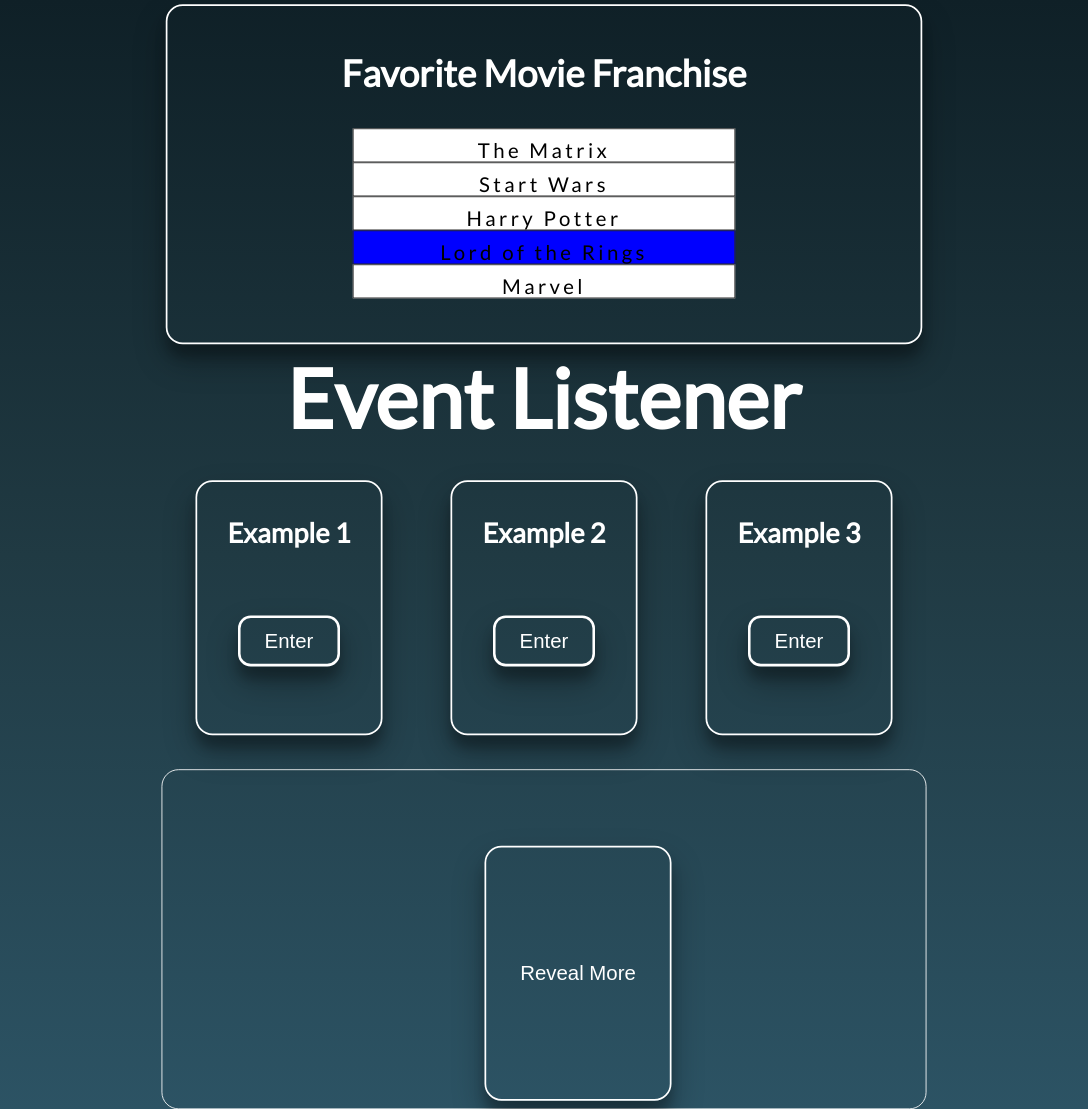
Repository: Ellisvelandia/DOM-Manipulation
Page: index.html
The author's editor kept a copy of each file at every save. The page is drawn from the files as they stood at one save, then again after a run of saves.
The browser window is 1280 px wide. The page is 1280 px wide, then 1284 px, then 1280 px, so the pictures cover 1284 px, including what lies to the right of the window. The pictures show the whole page, at 85% of full size.

Above is the page before, as saved 2022-08-22 18:55:52.

After the next 3 saves:
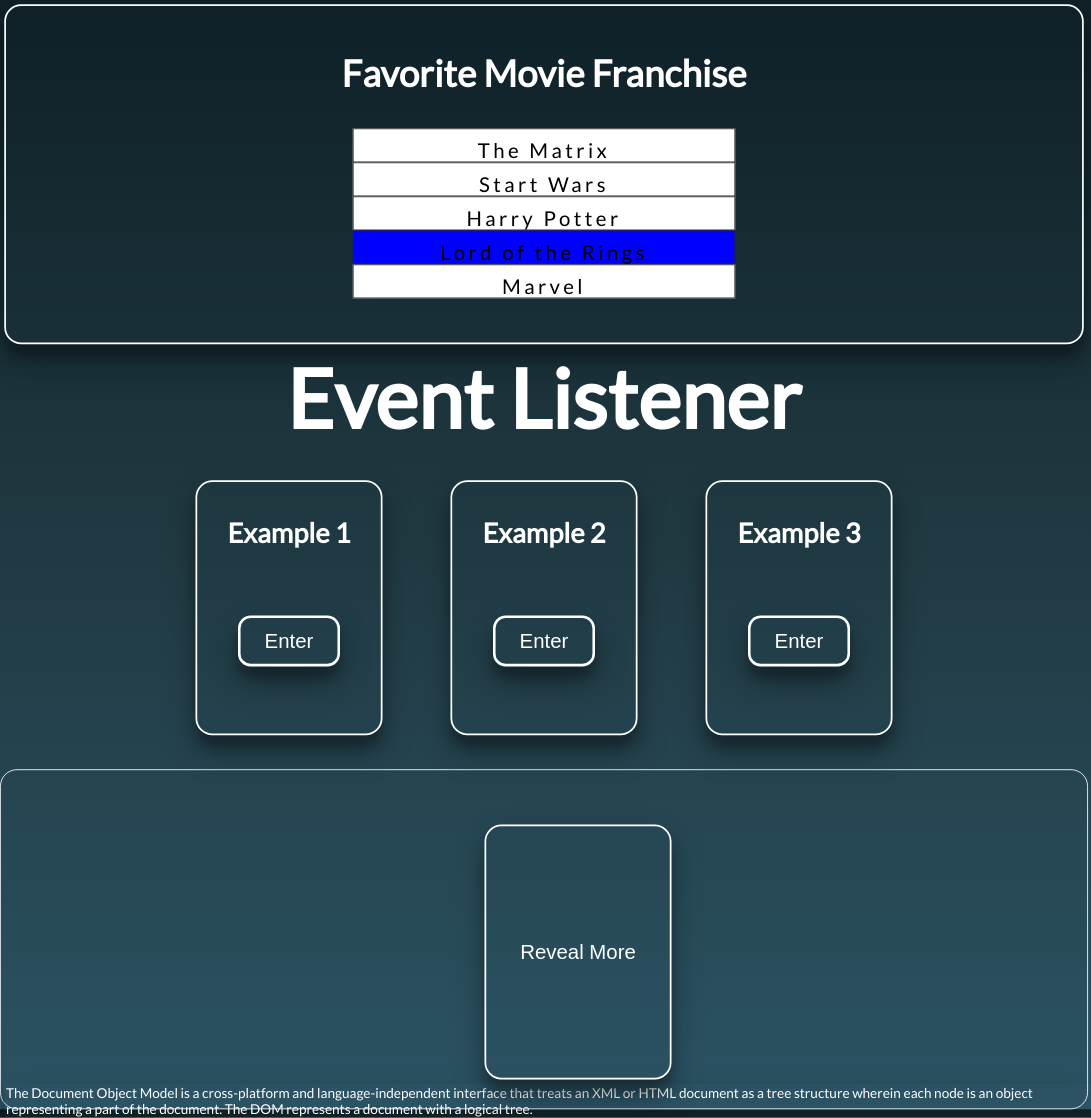
The 3 saves are shown as one change because they came seconds apart.
The last was saved 8 s later.
--- a/style.css
+++ b/style.css
@@ -124,7 +124,8 @@
 }
 
 .boxes_text {
-  displa
+  display: flex;
+  justify-content: ;
   margin: 5px;
   border: 1px solid transparent;
   min-width: 100%;

After the 3 saves that followed:
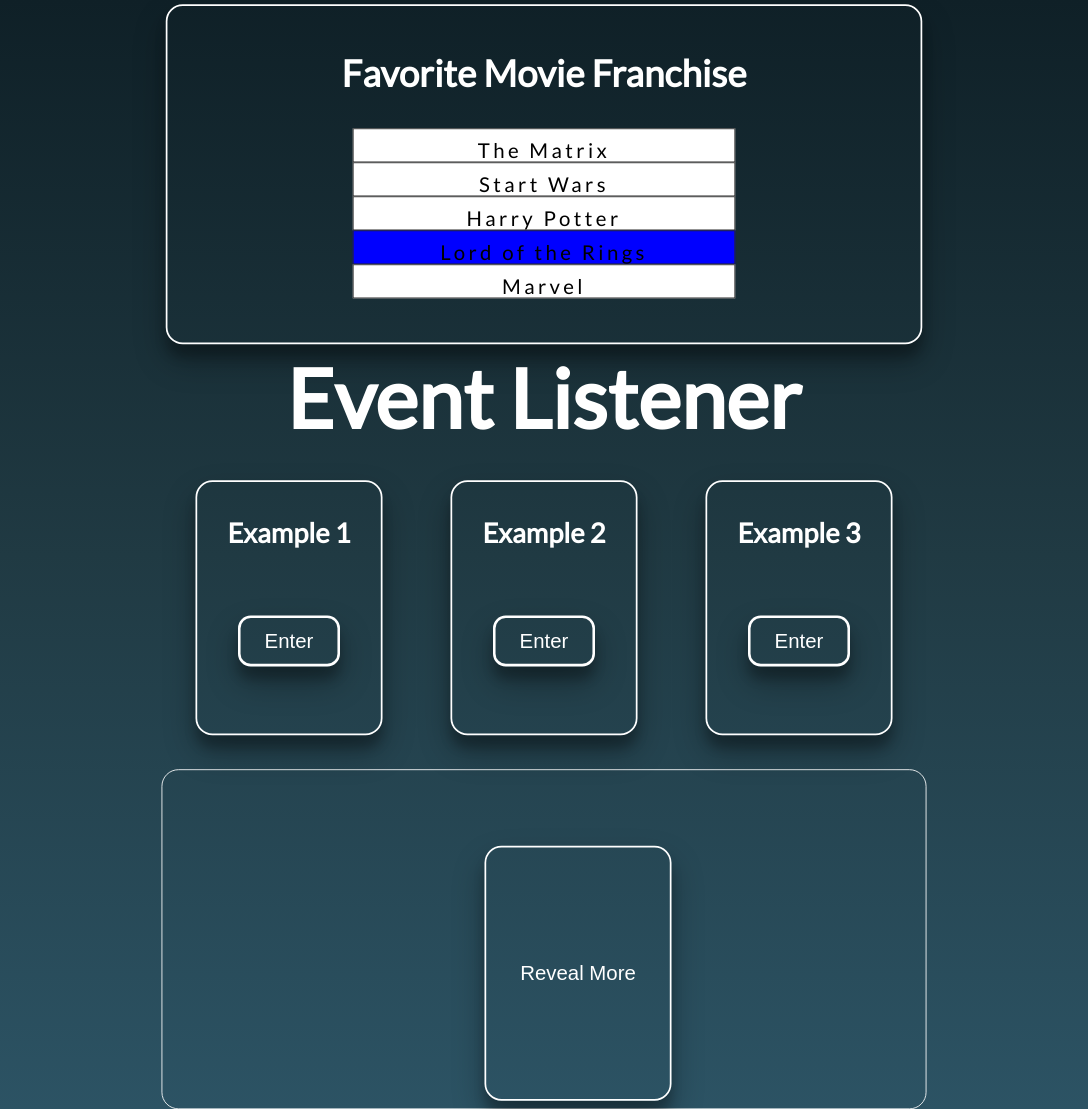
The 3 saves are shown as one change because 1 left the picture as it was and some came seconds apart.
The last was saved 17 s later.
--- a/style.css
+++ b/style.css
@@ -124,8 +124,6 @@
 }
 
 .boxes_text {
-  display: flex;
-  justify-content: ;
   margin: 5px;
   border: 1px solid transparent;
   min-width: 100%;
